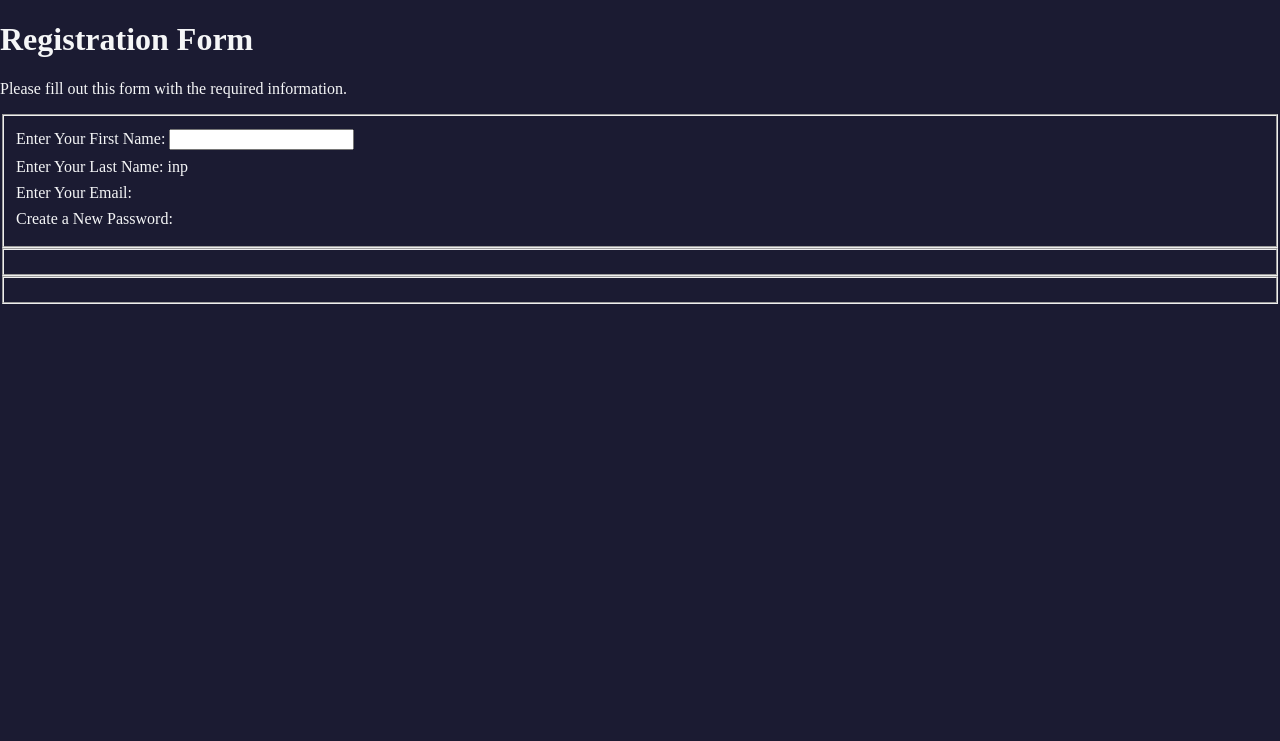
Repository: Lungdjos/registration_form
Page: index.html
The author's editor kept a copy of each file at every save. The page is drawn from the files as they stood at one save, then again after a run of saves.
The browser window is 1280 px wide. The pictures show the whole page.

Above is the page before, as saved 2023-09-28 14:33:26.

### index.html
<!DOCTYPE html>
<html lang="en">

<head>
    <meta charset="UTF-8">
    <meta name="viewport" content="width=device-width, initial-scale=1.0">
    <title>Registration Form</title>
    <link rel="stylesheet" href="indexStyles.css">
</head>

<body>
    <h1>Registration Form</h1>
    <p>Please fill out this form with the required information.</p>
    <form action="https://register-demo.freecodecamp.org" method="post">
        <fieldset>
            <label for="">Enter Your First Name: <input type="text"> </label>
            <label for="">Enter Your Last Name: inp </label>
            <label for="">Enter Your Email:</label>
            <label for="">Create a New Password:</label>
        </fieldset>
        <fieldset><label for=""></label></fieldset>
        <fieldset><label for=""></label></fieldset>
    </form>
</body>

</html>

### indexStyles.css
/* CSS for the Registration Form */

body {
    width: 100%;
    height: 100vh;
    /* will need to set the value to */
    margin: auto;
    background-color: #1b1b32;
    color: #f5f6f7;
}

label {
    display: block;
    margin: .5rem 0;
}

After the next 2 saves:
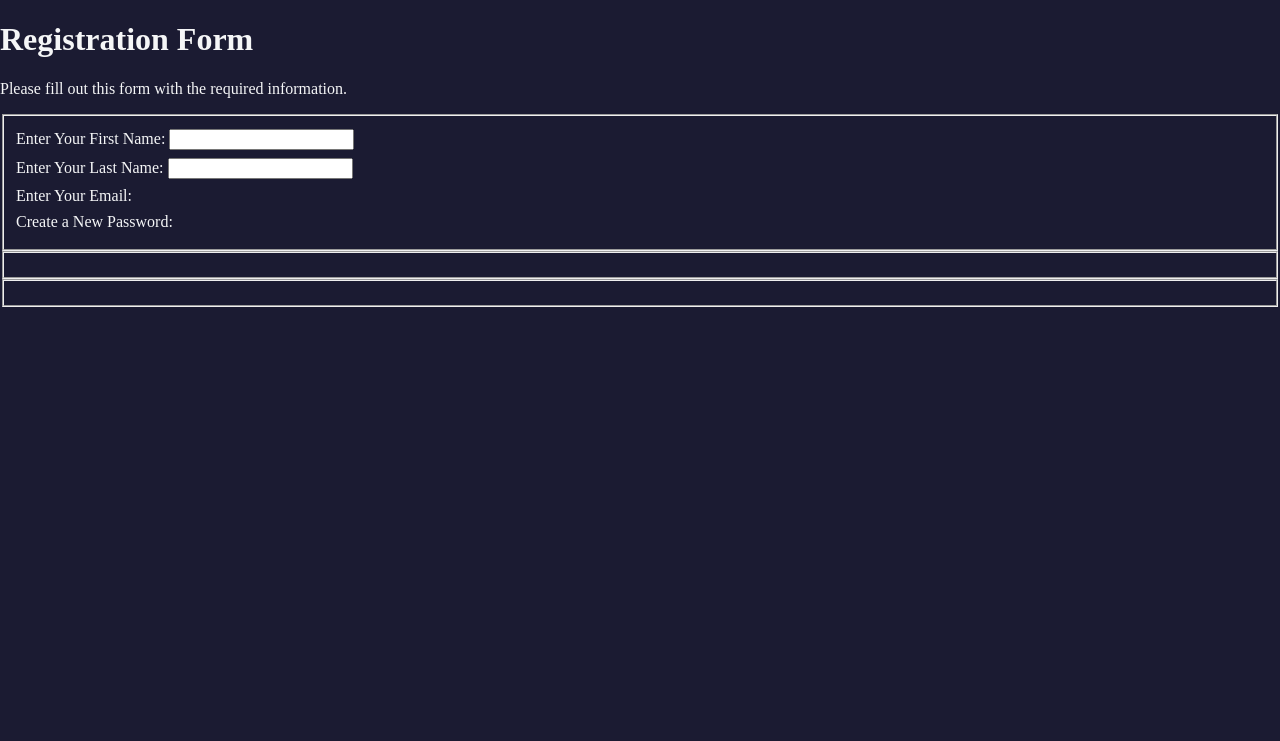
The 2 saves are shown as one change because they came seconds apart.
The last was saved 6 s later.
--- a/index.html
+++ b/index.html
@@ -14,7 +14,7 @@
     <form action="https://register-demo.freecodecamp.org" method="post">
         <fieldset>
             <label for="">Enter Your First Name: <input type="text"> </label>
-            <label for="">Enter Your Last Name: inp </label>
+            <label for="">Enter Your Last Name: <input type="text" name="" id=""> </label>
             <label for="">Enter Your Email:</label>
             <label for="">Create a New Password:</label>
         </fieldset>

After the 2 saves that followed:
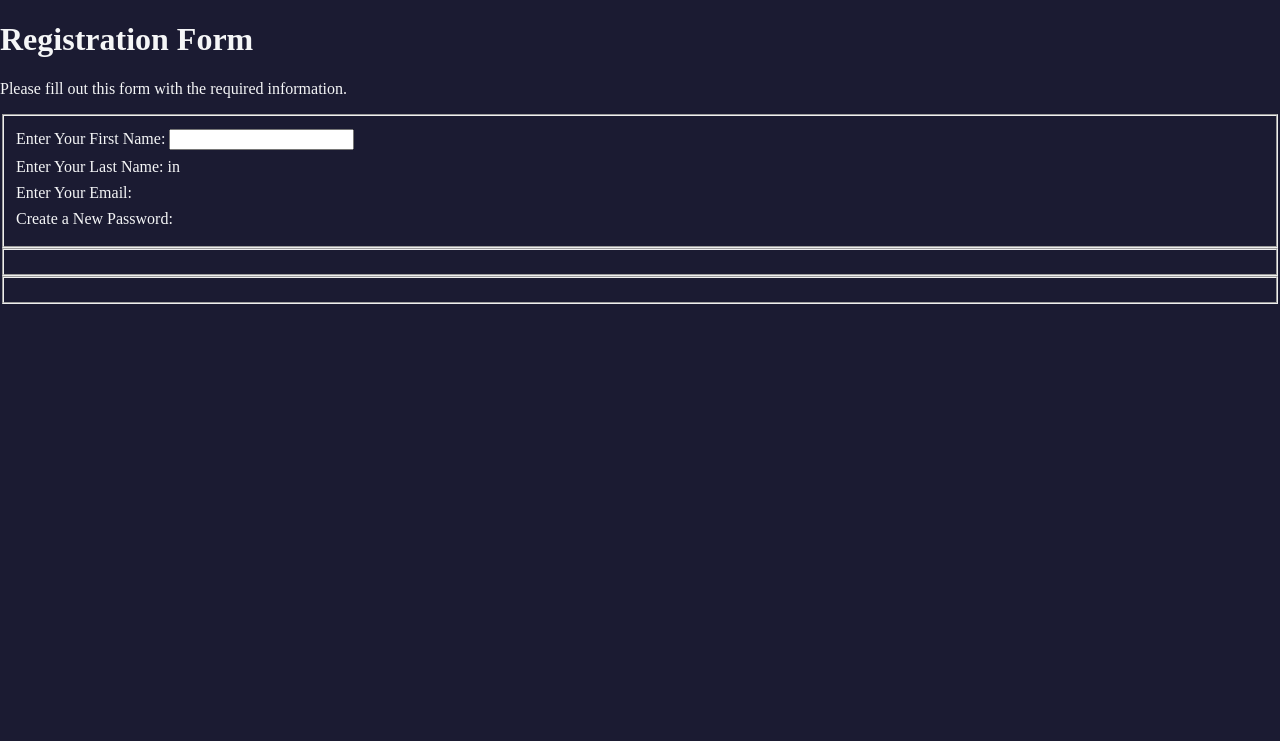
The 2 saves are shown as one change because they came seconds apart.
The last was saved 5 s later.
--- a/index.html
+++ b/index.html
@@ -14,7 +14,7 @@
     <form action="https://register-demo.freecodecamp.org" method="post">
         <fieldset>
             <label for="">Enter Your First Name: <input type="text"> </label>
-            <label for="">Enter Your Last Name: <input type="text" name="" id=""> </label>
+            <label for="">Enter Your Last Name: in </label>
             <label for="">Enter Your Email:</label>
             <label for="">Create a New Password:</label>
         </fieldset>
